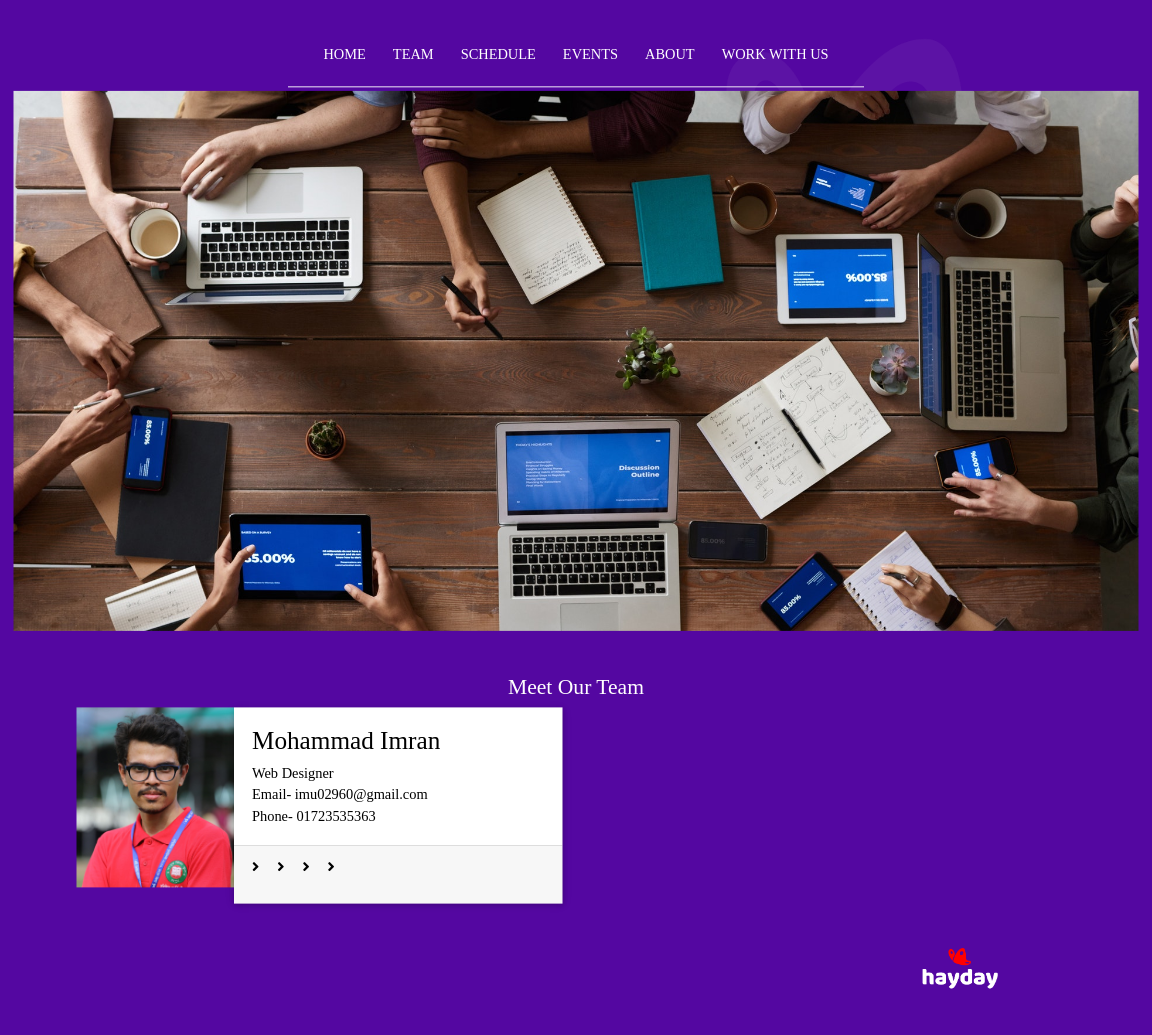
Repository: im1971/company-web
Page: team.html
These files come from the project's save history. The page is drawn as it stood at one moment and after the next save; the edit follows.
The browser window is 1280 px wide. The pictures show the whole page, at 90% of full size.
Some web fonts or font styles are not loaded; a fallback is used.

Above is the page before, as saved 2020-01-27 17:20:09.

After the next save:
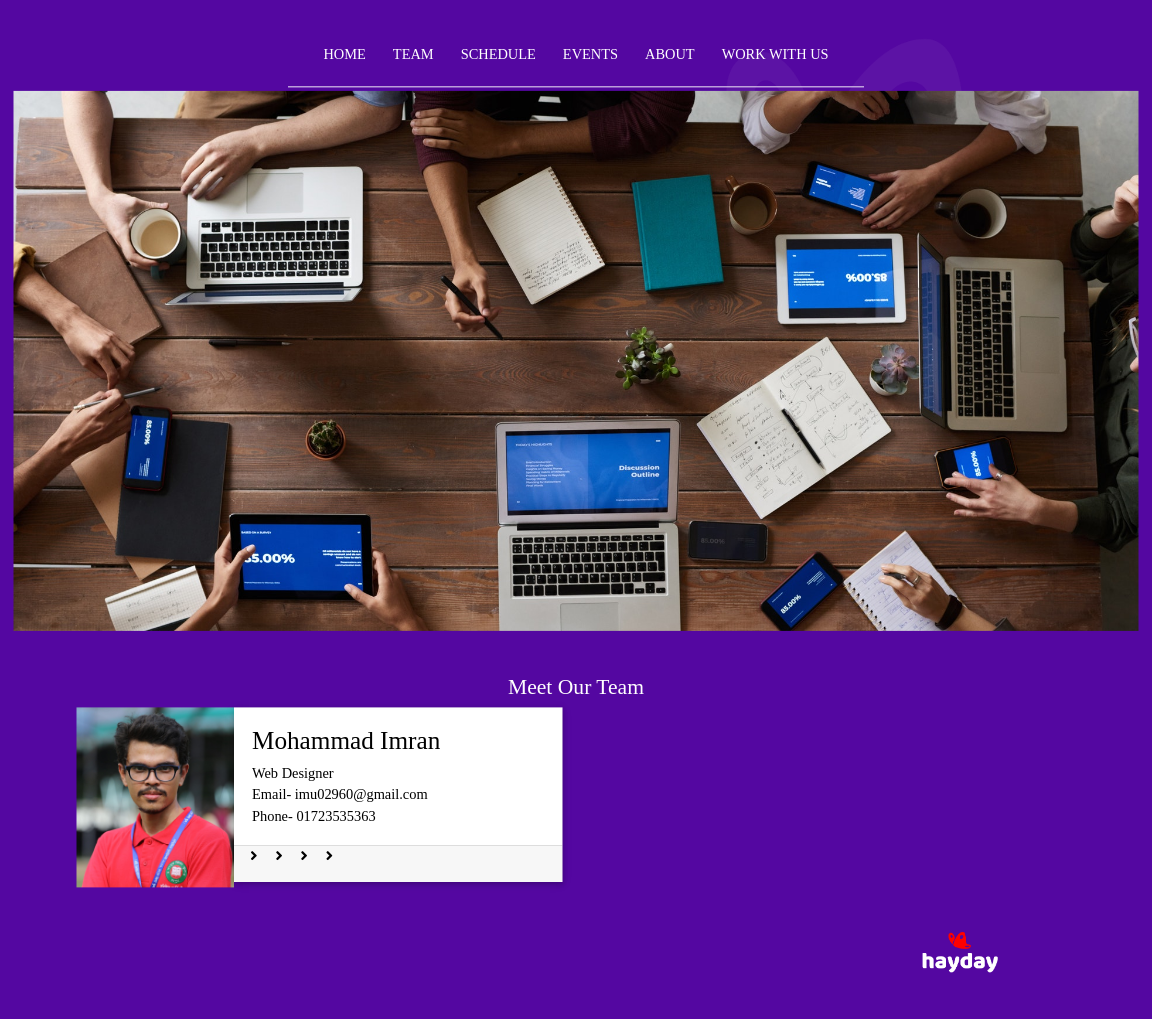
Saved 67 s later.
--- a/css/style.css
+++ b/css/style.css
@@ -265,6 +265,10 @@ table.table td {
     font-style: auto;
 }
 
+.team_deco .card-footer {
+    padding: 0 18px;
+}
+
 .team_deco p {
     margin-bottom: 0;
 }
